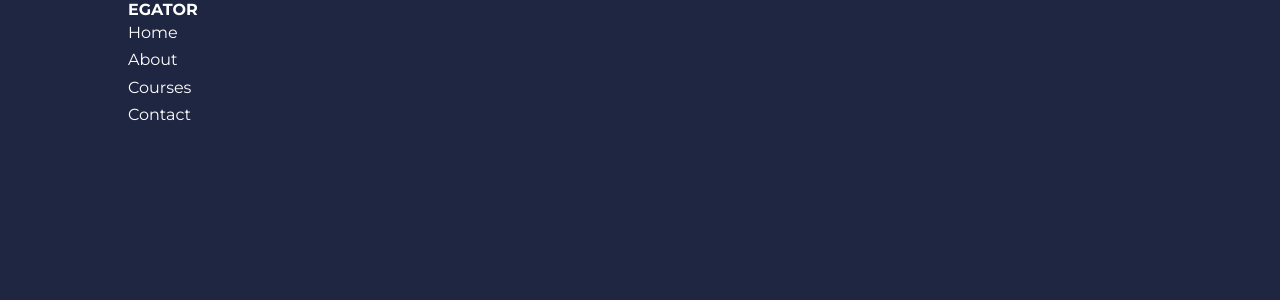
Repository: QUANGTHAI2003/education-web
Page: index.html
An editor plug-in stored every save of this project. The page is shown before and after the next save, followed by the edit.
The browser window is 1280 px wide. The pictures show the whole page.
Some icons come from a web library that is not loaded, so they are not drawn.

Above is the page before, as saved 2022-03-10 20:34:39.

### index.html
<!DOCTYPE html>
<html lang="en">
    <head>
        <meta charset="UTF-8" />
        <meta http-equiv="X-UA-Compatible" content="IE=edge" />
        <meta name="viewport" content="width=device-width, initial-scale=1.0" />
        <title>Responsive Multipage Education</title>
        <!-- ICONSCOUT CDN -->
        <link
            rel="stylesheet"
            href="https://unicons.iconscout.com/release/v2.1.6/css/unicons.css"
        />
        <!-- GOOGLE FONTS -->
        <link rel="preconnect" href="https://fonts.googleapis.com" />
        <link rel="preconnect" href="https://fonts.gstatic.com" crossorigin />
        <link
            href="https://fonts.googleapis.com/css2?family=Montserrat:wght@300;400;500;600;700;800;900&family=Poppins:wght@300;400;600&display=swap"
            rel="stylesheet"
        />

        <link rel="stylesheet" href="./css/style.css" />
    </head>
    <body>
        <nav>
            <div class="container nav__container">
                <a href="index.html"><h4>EGATOR</h4></a>
                <ul class="nav__menu">
                    <li><a href="index.html">Home</a></li>
                    <li><a href="about.html">About</a></li>
                    <li><a href="courses.html">Courses</a></li>
                    <li><a href="contact.html">Contact</a></li>
                </ul>
                <button id="open-menu-btn">
                    <i class="uil uil-bars"></i>
                </button>
                <button id="close-menu-btn">
                    <i class="uil uil-multiply"></i>
                </button>
            </div>
        </nav>
    </body>
</html>

### css/style.css
* {
    margin: 0;
    padding: 0;
    border: 0;
    outline: 0;
    text-decoration: none;
    list-style: none;
    box-sizing: border-box;
}

:root {
    --color-primary: #6c63ff;
    --color-success: #00bf8e;
    --color-warning: #f7c94b;
    --color-danger: #f75842;
    --color-danger-variant: rgba(247, 88, 66, 0.4);
    --color-white: #fff;
    --color-light: rgba(255, 255, 255, 0.7);
    --color-black: #000;
    --color-bg: #1f2641;
    --color-bg1: #2e3267;
    --color-bg2: #424890;

    --container-width-lg: 80%;
    --container-width-md: 90%;
    --container-width-sm: 94%;

    --transition: all 400ms ease;
}

body {
    font-family: 'Montserrat', sans-serif;
    line-height: 1.7;
    color: var(--color-white);
    background: var(--color-bg);
}

.container {
    width: var(--container-width-lg);
    margin: 0 auto;
}

section {
    padding: 6rem 0;
}

section h2 {
    text-align: center;
    margin-bottom: 4rem;
}

h1,
h2,
h3,
h4,
h5 {
    line-height: 1.2;
}

h1 {
    font-size: 2.4rem;
}

h2 {
    font-size: 2rem;
}

h3 {
    font-size: 1.3rem;
}

a {
    color: var(--color-white);
}

img {
    width: 100%;
    display: block;
    object-fit: cover;
}

.btn {
    display: inline-block;
    background: var(--color-white);
    color: var(--color-black);
    padding: 1rem 2rem;
    border: 1px solid transparent;
    font-weight: 500;
    transition: var(--transition);
}

.btn:hover {
    background: transparent;
    color: var(--color-white);
    border-color: var(--color-white);
}

.btn-primary {
    background: var(--color-danger);
    color: var(--color-white);
}

/* ================= NAVBAR =================*/

After the next save:
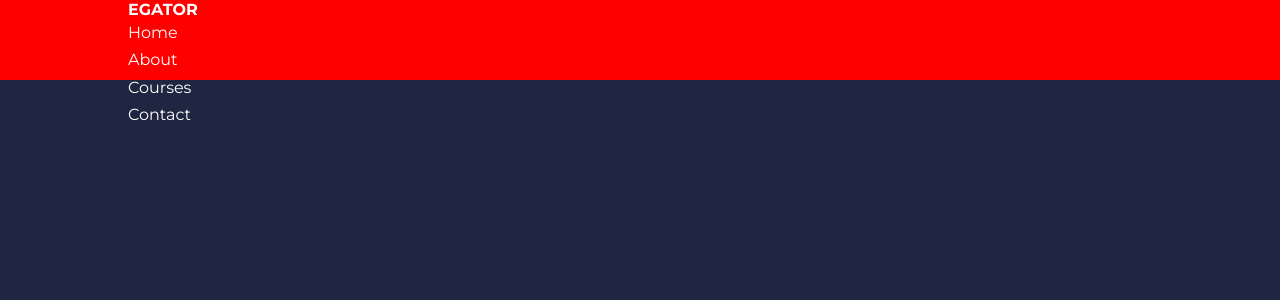
Saved 85 min 28 s later.
--- a/css/style.css
+++ b/css/style.css
@@ -101,3 +101,11 @@ img {
 }
 
 /* ================= NAVBAR =================*/
+nav {
+    background: red;
+    width: 100vw;
+    height: 5rem;
+    position: fixed;
+    top: 0;
+    z-index: 1;
+}
